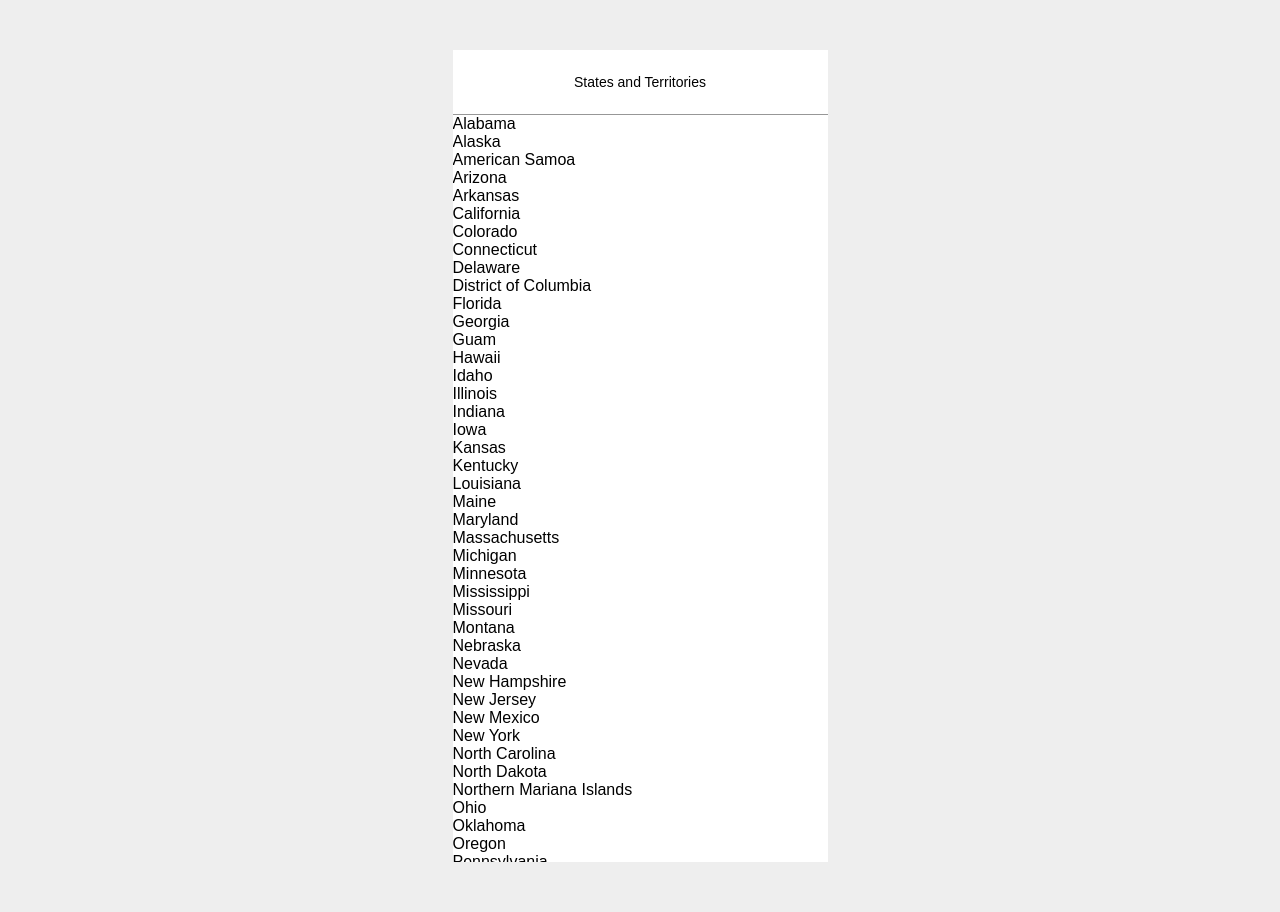
Repository: zitac234/codingTest
Page: /
The author's editor kept a copy of each file at every save. The page is drawn from the files as they stood at one save, then again after a run of saves.
The browser window is 1280 px wide. The pictures show the whole page.
The project was rebuilt for these pictures with package versions that can differ from the ones it lists, and the page was loaded fresh each time.

Above is the page before, as saved 2021-03-31 14:47:35.

After the next 2 saves:
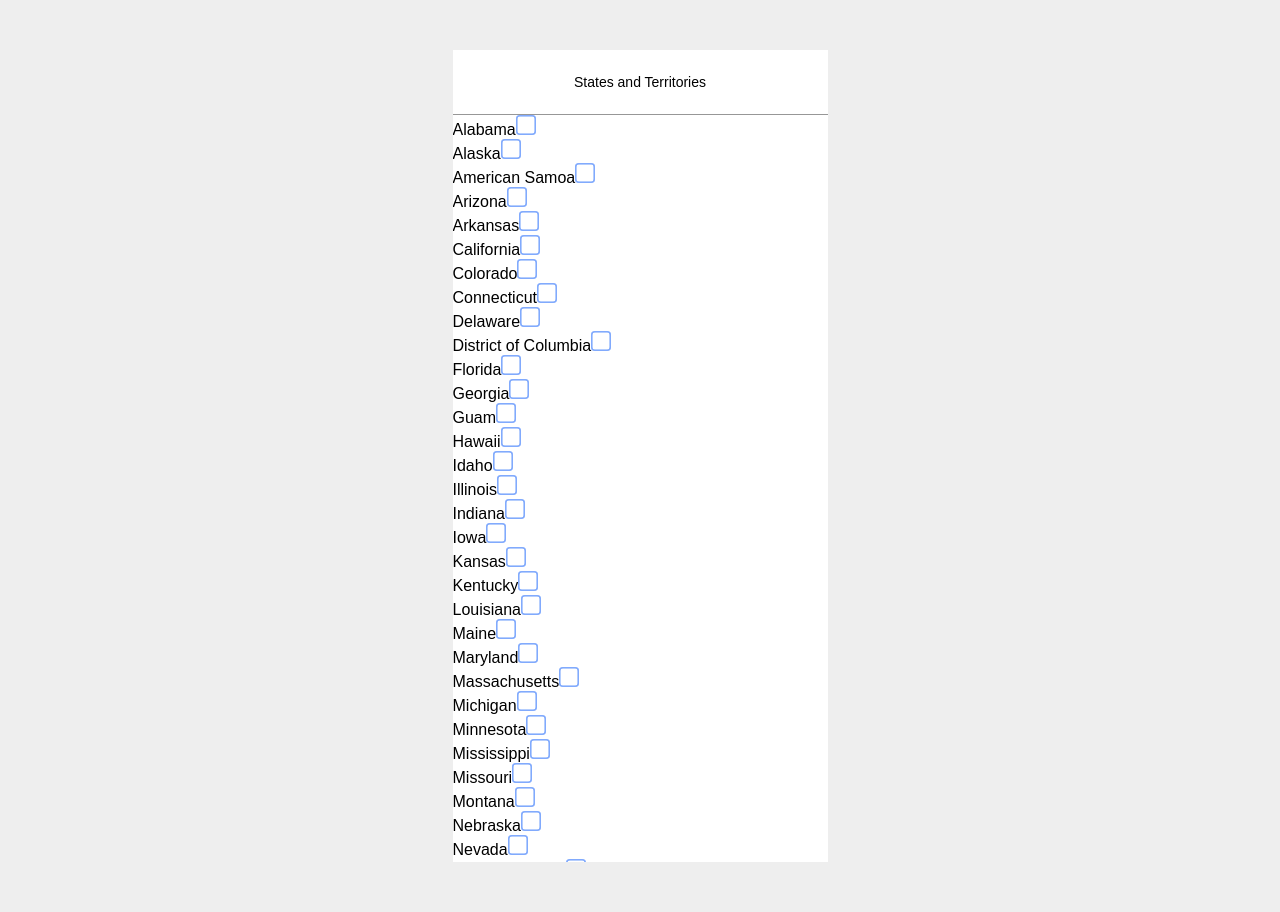
The 2 saves are shown as one change because they came seconds apart.
The last was saved 8 s later.
--- a/src/List.js
+++ b/src/List.js
@@ -7,7 +7,7 @@ export function List(props) {
     <div className="list">
       {props.items.map((item) => (
         <Fragment key={item}>
-          {item}<br />
+          {item}<Checkbox/><br />
           {/* You also have <Checkbox selected={false} /> */}
         </Fragment>
       ))}
